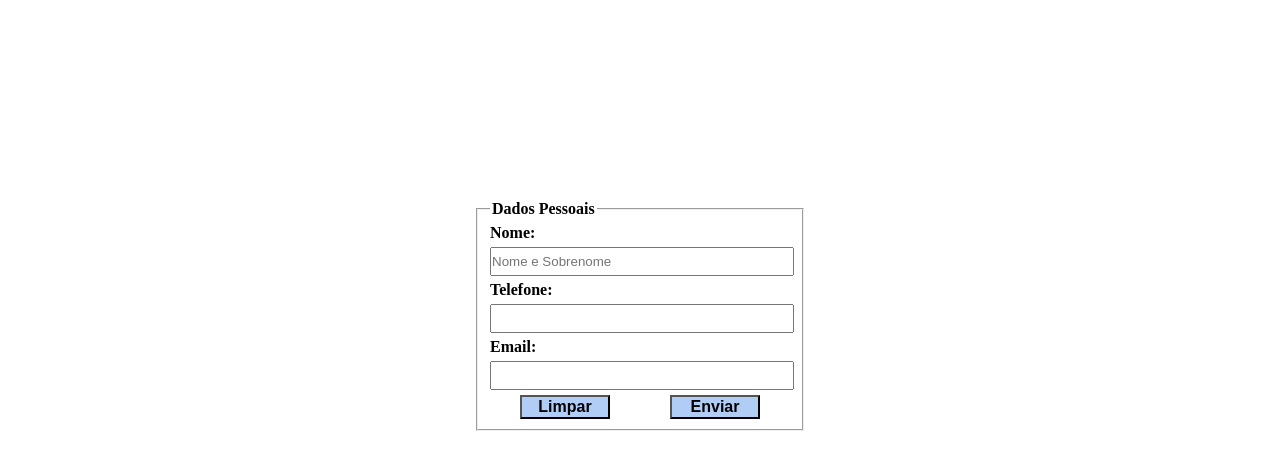
Repository: vitorrausis/Projeto_Final_TrilhaWeb
Page: ProjetoWebJava-main/exemploServlet/src/main/webapp/contato.html
An editor plug-in stored every save of this project. The page is shown before and after the next save, followed by the edit.
The browser window is 1280 px wide. The pictures show the whole page.

Above is the page before, as saved 2024-03-21 23:36:50.

### ProjetoWebJava-main/exemploServlet/src/main/webapp/contato.html
<!DOCTYPE html>
<html>
<head>
<meta charset="UTF-8">
<title>Contato</title>
<link rel = "stylesheet" href="style.css" >
</head>
<body>
        <form name="frmfaleconosco" method="post" action="#" onsubmit="return validaFaleConosco()">
            <fieldset class="faleConosco">
                <legend>Dados Pessoais</legend>
                <label for="nome">Nome: </label>
                <input placeholder="Nome e Sobrenome" type="text" name="txtnome" id="nome">
                <label placeholder="(XX)XXXXX-XXXX" for="fone">Telefone: </label>
                <input type="text" name="txtfone" id="fone">
                <label for="email">Email: </label>
                <input type="email" name="txtemail" id="email">
            	<button type="reset" onclick="verificaMotivo(null)">Limpar</button><button type="submit">Enviar</button>
            </fieldset>

        </form>

        <script>
        function validaFaleConosco(){

            var nome = document.frmfaleconosco.txtnome.value;
            var expRegNome = new RegExp("^[A-zÀ-ü]{3,}([ ]{1}[A-zÀ-ü]{2,})+$");

            if(!expRegNome.test(nome)){
                alert("Preencha o campo Nome corretamente.");
                document.frmfaleconosco.txtnome.focus();
                return false;
            }

            var fone = document.frmfaleconosco.txtfone.value;

            if(fone.equals("")){
                alert("Preencha o campo Telefone corretamente.");
                document.frmfaleconosco.txtfone.focus();
                return false;
            }

            if(document.frmfaleconosco.txtemail.value==""){
                alert("Preencha o campo de Email.")
                document.frmfaleconosco.txtemail.focus();
                return false;
            }

            if(document.frmfaleconosco.selmotivo.value==""){
                alert("Selecione uma opção no campo de Motivo.")
                document.frmfaleconosco.selmotivo.focus();
                return false;
            }

            if(document.frmfaleconosco.selproduto.value==""){
                alert("Selecione um produto.");
                document.frmfaleconosco.selproduto.focus();
                return false;
            }

            if(document.frmfaleconosco.txacomentario.value==""){
                alert("Digite um comentario.");
                document.frmfaleconosco.txacomentario.focus();
                return false
            }

            return true;
        }
        </script>
</body>
</html>

### ProjetoWebJava-main/exemploServlet/src/main/webapp/style.css
@charset "ISO-8859-1";

.faleConosco{
    width: 300px;
    margin: 0px auto;
    margin-top: 200px;
    font-weight: bold;
    margin-bottom: 10px;
}
.faleConosco input, .faleConosco textarea, .faleConosco select{
    margin: 5px auto;
    width: 100%;
    padding: 5px 0;
}
.faleConosco textarea{
    height: 100px;
    resize: none;
}
.faleConosco button{
    width: 30%;
    margin: 0 10%;
    background-color: #b1ccf5;
    font-weight: bold;
    font-size: 16px;
}

After the next save:
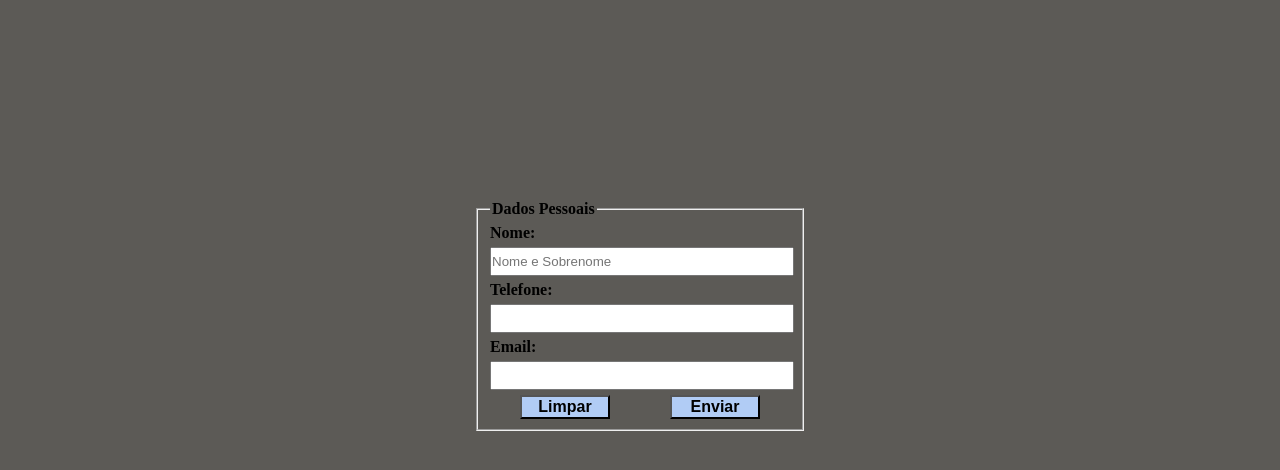
Saved 72 s later.
--- a/ProjetoWebJava-main/exemploServlet/src/main/webapp/style.css
+++ b/ProjetoWebJava-main/exemploServlet/src/main/webapp/style.css
@@ -1,4 +1,8 @@
 @charset "ISO-8859-1";
+
+body{
+	background-color: #5c5a56;
+}
 
 .faleConosco{
     width: 300px;
